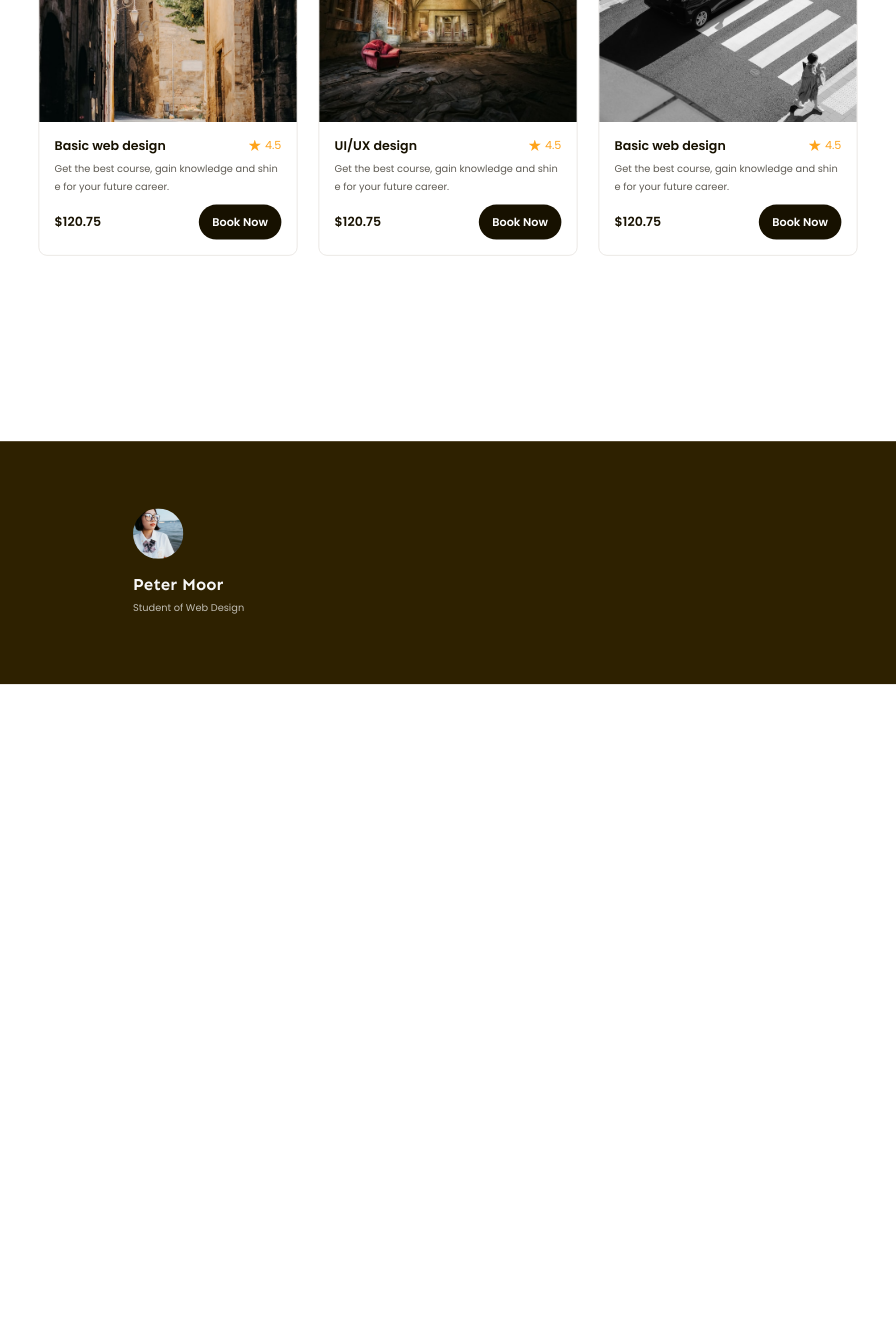
Repository: empty24062002/f8-htmlcss-02-pratice
Page: index.html
The author's editor kept a copy of each file at every save. The page is drawn from the files as they stood at one save, then again after the next save.
The browser window is 1280 px wide. The pictures show the part of the page from y = 1356 to 3276 px (the page is 5187 px tall), at 70% of full size.
A picture or video elsewhere on the page could not be fetched, so the positions and the page height are approximate.

Above is the page before, as saved 2023-07-19 09:25:56.

### index.html
<!DOCTYPE html>
<html lang="en">
    <head>
        <meta charset="UTF-8" />
        <meta name="viewport" content="width=device-width, initial-scale=1.0" />
        <title>F8 Project 02 Practice</title>
        <!-- Reset CSS -->
        <link rel="stylesheet" href="./assets/css/reset.css" />
        <!-- Embed font -->
        <link rel="preconnect" href="https://fonts.googleapis.com" />
        <link rel="preconnect" href="https://fonts.gstatic.com" crossorigin />
        <link
            href="https://fonts.googleapis.com/css2?family=Poppins:wght@400;500;600;700&family=Sen:wght@700&display=swap"
            rel="stylesheet"
        />
        <link rel="stylesheet" href="./assets/css/styles.css" />
    </head>
    <body>
        <!-- Header -->
        <header class="header fixed">
            <div class="main-content">
                <div class="body">
                    <img
                        src="./assets/img/logo.svg"
                        alt="lesson."
                        class="logo"
                    />
                    <!-- nav -->
                    <nav class="nav">
                        <ul>
                            <li class="active">
                                <a href="#!">Home</a>
                            </li>
                            <li>
                                <a href="#!">Courses</a>
                            </li>
                            <li>
                                <a href="#!">Pricing</a>
                            </li>
                            <li>
                                <a href="#!">Reviews</a>
                            </li>
                        </ul>
                    </nav>
                    <!-- Action -->
                    <div class="action">
                        <a href="#!" class="btn sign-up-btn">Sign Up</a>
                    </div>
                </div>
            </div>
        </header>
        <main style="height: 5000px">
            <!-- hero -->
            <div class="hero">
                <div class="main-content">
                    <div class="hero-body">
                        <!-- Hero left -->
                        <div class="media-block">
                            <img
                                src="./assets/img/hero-media.jpg"
                                alt="Learn without limits and spread knowledge."
                                class="img"
                            />
                            <div class="hero-summary">
                                <!-- Item 1 -->
                                <div class="item">
                                    <div class="icon">
                                        <img
                                            src="./assets/icons/icon1.svg"
                                            alt=""
                                        />
                                    </div>
                                    <div class="info">
                                        <p class="lable">20 Courses</p>
                                        <p class="title">UI/UX Design</p>
                                    </div>
                                </div>
                                <!-- Item 2 -->
                                <div class="item">
                                    <div class="icon">
                                        <img
                                            src="./assets/icons/icon2.svg"
                                            alt=""
                                        />
                                    </div>
                                    <div class="info">
                                        <p class="lable">20 Courses</p>
                                        <p class="title">Development</p>
                                    </div>
                                </div>
                                <!-- Item 3 -->
                                <div class="item">
                                    <div class="icon">
                                        <img
                                            src="./assets/icons/icon 3.svg"
                                            alt=""
                                        />
                                    </div>
                                    <div class="info">
                                        <p class="lable">30 Courses</p>
                                        <p class="title">Marketing</p>
                                    </div>
                                </div>
                            </div>
                        </div>
                        <!-- Hero right -->
                        <div class="content-block">
                            <h1 class="heading lv1">
                                Learn without limits and spread knowledge.
                            </h1>
                            <p class="desc">
                                Build new skills for that “this is my year”
                                feeling with courses, certificates, and degrees
                                from world-class universities and companies.
                            </p>
                            <div class="cta-group">
                                <a href="" class="btn cta-btn">See Courses</a>
                                <button class="watch-video">
                                    <div class="icon">
                                        <img
                                            src="./assets/icons/watch-video.svg"
                                            alt=""
                                        />
                                    </div>
                                    <span>Watch video</span>
                                </button>
                            </div>
                            <p class="desc">Recent engagement</p>
                            <p class="desc stats">
                                <strong>50K</strong> Students
                                <strong>70+</strong> Courses
                            </p>
                        </div>
                    </div>
                </div>
            </div>
            <!-- Popular -->
            <div class="popular">
                <div class="main-content">
                    <div class="popular-top">
                        <div class="info">
                            <h2 class="heading lv2">Our popular courses</h2>
                            <p class="desc">
                                Build new skills with new trendy courses and
                                shine for the next future career.
                            </p>
                        </div>
                        <div class="controls">
                            <button class="control-btn">
                                <svg
                                    width="8"
                                    height="14"
                                    viewBox="0 0 8 14"
                                    fill="none"
                                    xmlns="http://www.w3.org/2000/svg"
                                >
                                    <path
                                        d="M7 1L1 7L7 13"
                                        stroke="currentColor"
                                        stroke-linecap="round"
                                        stroke-linejoin="round"
                                    />
                                </svg>
                            </button>
                            <button class="control-btn">
                                <svg
                                    width="8"
                                    height="14"
                                    viewBox="0 0 8 14"
                                    fill="none"
                                    xmlns="http://www.w3.org/2000/svg"
                                >
                                    <path
                                        d="M1 1L7 7L1 13"
                                        stroke="currentColor"
                                        stroke-linecap="round"
                                        stroke-linejoin="round"
                                    />
                                </svg>
                            </button>
                        </div>
                    </div>
                    <div class="course-list">
                        <!-- Course item 1 -->
                        <div class="course-item">
                            <a href="#!">
                                <img
                                    src="./assets/img/popular-1.jpg"
                                    alt=""
                                    class="thumb"
                                />
                            </a>
                            <div class="info">
                                <div class="head">
                                    <h3 class="title">
                                        <a href="" class="line-clamp break-all"
                                            >Basic web design</a
                                        >
                                    </h3>
                                    <div class="rating">
                                        <img
                                            src="./assets/icons/star.svg"
                                            alt=""
                                            class="star"
                                        />
                                        <span class="value">4.5</span>
                                    </div>
                                </div>
                                <p class="desc line-clamp line-2 break-all">
                                    Get the best course, gain knowledge and
                                    shine for your future career.
                                </p>
                                <div class="foot">
                                    <span class="price"> $120.75 </span>
                                    <a href="#!" class="btn book-btn"
                                        >Book Now</a
                                    >
                                </div>
                            </div>
                        </div>
                        <!-- Course item 2 -->
                        <div class="course-item">
                            <a href="#!">
                                <img
                                    src="./assets/img/popular-2.jpg"
                                    alt=""
                                    class="thumb"
                                />
                            </a>
                            <div class="info">
                                <div class="head">
                                    <h3 class="title">
                                        <a
                                            href="#!"
                                            class="line-clamp break-all"
                                            >UI/UX design</a
                                        >
                                    </h3>
                                    <div class="rating">
                                        <img
                                            src="./assets/icons/star.svg"
                                            alt=""
                                            class="star"
                                        />
                                        <span class="value">4.5</span>
                                    </div>
                                </div>
                                <p class="desc line-clamp line-2 break-all">
                                    Get the best course, gain knowledge and
                                    shine for your future career.
                                </p>
                                <div class="foot">
                                    <span class="price"> $120.75 </span>
                                    <a href="#!" class="btn book-btn"
                                        >Book Now</a
                                    >
                                </div>
                            </div>
                        </div>
                        <!-- Course Item 3 -->
                        <div class="course-item">
                            <a href="#!">
                                <img
                                    src="./assets/img/popular-3.jpg"
                                    alt=""
                                    class="thumb"
                                />
                            </a>
                            <div class="info">
                                <div class="head">
                                    <h3 class="title">
                                        <a
                                            href="#!"
                                            class="line-clamp break-all"
                                            >Basic web design</a
                                        >
                                    </h3>
                                    <div class="rating">
                                        <img
                                            src="./assets/icons/star.svg"
                                            alt=""
                                            class="star"
                                        />
                                        <span class="value">4.5</span>
                                    </div>
                                </div>
                                <p class="desc line-clamp line-2 break-all">
                                    Get the best course, gain knowledge and
                                    shine for your future career.
                                </p>
                                <div class="foot">
                                    <span class="price"> $120.75 </span>
                                    <a href="#!" class="btn book-btn"
                                        >Book Now</a
                                    >
                                </div>
                            </div>
                        </div>
                    </div>
                </div>
            </div>
            <!-- Feedback -->
            <div class="feedback">
                <div class="main-content">
                    <div class="feedback-list">
                        <div class="feedback-item">
                            <div class="info">
                                <img
                                    src="./assets/img/avatar.jpg"
                                    alt="Peter Moor"
                                    class="avatar"
                                />
                                <p class="title">Peter Moor</p>
                                <p class="desc">Student of Web Design</p>
                                <div class="dots">
                                    <span class="dot"></span>
                                    <span class="dot"></span>
                                    <span class="dot"></span>
                                </div>
                            </div>
                        </div>
                    </div>
                </div>
            </div>
        </main>
    </body>
</html>

Loaded but not shown: assets/css/reset.css (common file); assets/css/styles.css (439 lines, source omitted)

After the next save:
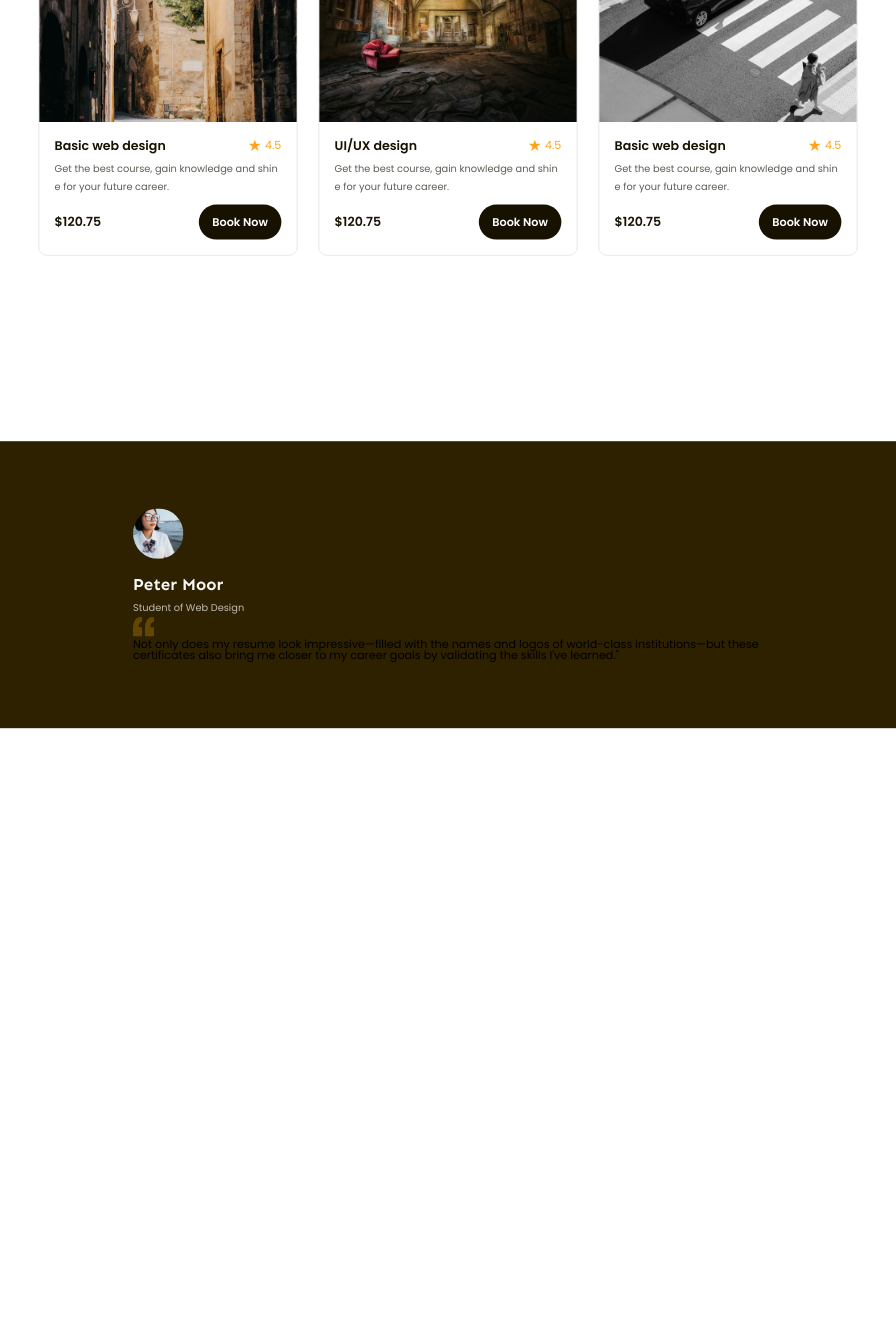
Saved 104 s later.
--- a/index.html
+++ b/index.html
@@ -317,6 +317,21 @@
                                     <span class="dot"></span>
                                     <span class="dot"></span>
                                 </div>
+                                <div class="content">
+                                    <img
+                                        src="./assets/icons/open-blockquote.svg"
+                                        alt=""
+                                        class="open-quotes"
+                                    />
+                                    <blockquote>
+                                        Not only does my resume look
+                                        impressive—filled with the names and
+                                        logos of world-class institutions—but
+                                        these certificates also bring me closer
+                                        to my career goals by validating the
+                                        skills I've learned."
+                                    </blockquote>
+                                </div>
                             </div>
                         </div>
                     </div>
